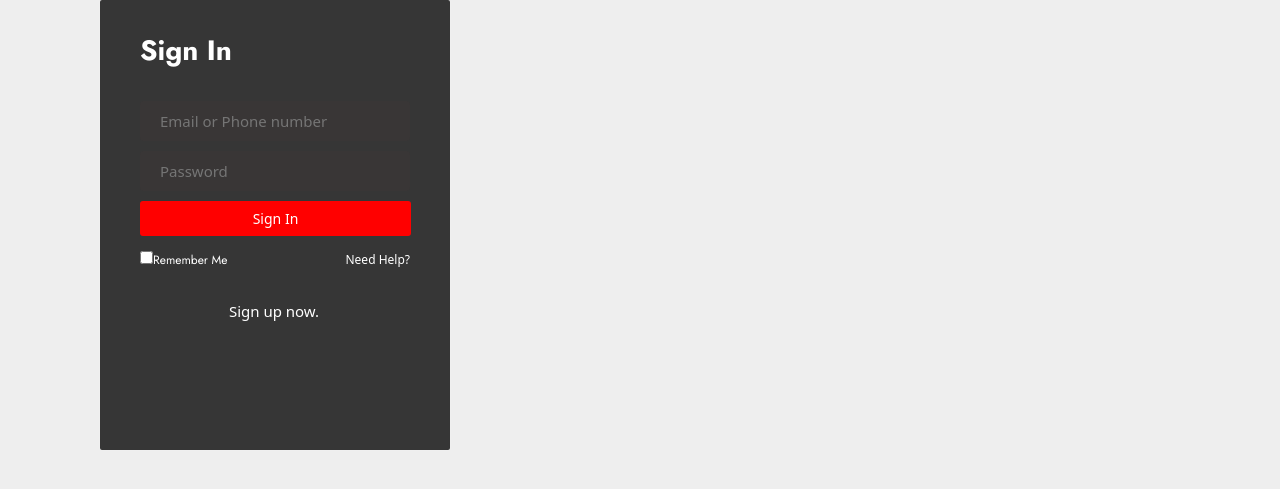
Repository: isaacCodes1/Kumo-Website.
Page: Form2.html
These files come from the project's save history. The page is drawn as it stood at one moment and after the next save; the edit follows.
The browser window is 1280 px wide. The pictures show the whole page.

Above is the page before, as saved 2024-03-26 11:47:01.

### Form2.html
<!DOCTYPE html>
<html lang="en">
  <head>
    <meta charset="UTF-8" />
    <meta name="viewport" content="width=device-width, initial-scale=1.0" />
    <link rel="stylesheet" href="Mediaquery.css" />
    <link rel="stylesheet" href="style.css" />
    <link
      href="https://fonts.googleapis.com/css2?family=Bricolage+Grotesque:opsz,wght@12..96,200..800&family=Jost:ital,wght@0,100..900;1,100..900&family=Montserrat:ital,wght@0,100..900;1,100..900&family=Poppins:ital,wght@0,100;0,200;0,300;0,400;0,500;0,600;0,700;0,800;0,900;1,100;1,200;1,300;1,400;1,500;1,600;1,700;1,800;1,900&display=swap"
      rel="stylesheet"
    />
    <title>Document</title>
  </head>
  <body>
    <div class="wrapper">
      <form></form>
      <h1>Sign In</h1>
      <div class="input-box">
        <input type="text" placeholder="Email or Phone number" required />
      </div>
      <div class="input-box">
        <input type="password" placeholder="Password" required />
      </div>
      <div class="btn"><button>Sign In</button></div>
      <div class="remember-forgot">
        <label><input class="chck" type="checkbox" />Remember Me</label>
        <a href="#">Need Help?</a>
      </div>
      <p class="pro1">Sign up now.</p>
    </div>
  </body>
</html>

### Mediaquery.css
@media (890px) {
  header {
    padding: 20px 3%;
    transition: 0.4s;
  }
  .center-text h2 {
    font-size: 12px;
  }
}
@media (max-width: 630px) {
  .main-text h1 {
    font-size: 50px;
    transition: 0.4s;
  }
  .main-text p {
    font-size: 18px;
    transition: 0.4s;
  }
  .main-btn {
    padding: 10px 20px;
    transition: 0.4s;
  }
  .center-text h2 {
    font-size: 12px;
  }
}
@media (max-width: 750px) {
  .navmenu {
    position: absolute;
    top: 100%;
    right: -100%;
    width: 300px;
    height: 130vh;
    background: #edfff1;
    display: flex;
    flex-direction: column;
    align-items: center;
    padding: 120px 30px;
    transition: all 0.42s;
  }
  .navmenu a {
    display: block;
    margin: 18px 0;
  }
  .navmenu.open {
    right: 0;
  }
  .center-text h2 {
    font-size: 12px;
  }
}
@media (max-width: 700px) {
  .center-text h2 {
    font-size: 0;
  }
  .header {
    margin-bottom: 20px;
    color: #000;
  }
  .cart {
    align-items: center;
    display: flex;
    flex-direction: column;
  }
  .cart img {
    width: 270px;
    margin-right: 80px;
  }
  .cart p {
    font-size: 10px;
    margin-right: 80px;
  }
  .cart h4 {
    font-size: 12px;
    margin-right: 80px;
  }
  .cart h6 {
    font-size: 10px;
    margin-right: 80px;
  }
  .contact-info {
    display: flex;
    flex-direction: column;
    align-items: center;
  }
  .center-text1 h2 {
    font-size: 25px;
  }
  .navmenu {
    padding-bottom: 30px;
  }
}

### style.css
* {
  margin: 0;
  padding: 0;
  box-sizing: border-box;
  scroll-behavior: smooth;
  font-family: "Jost", sans-serif;
  list-style-type: none;
  text-decoration: none;
}
header {
  position: fixed;
  width: 100%;
  top: 0;
  right: 0;
  z-index: 1000;
  display: flex;
  align-items: center;
  justify-content: space-between;
  padding: 20px 10%;
}
.logo img {
  max-width: 120px;
  height: auto;
}
.navmenu {
  display: flex;
}
.navmenu li :hover {
  background: #000;
}
.navmenu a {
  color: #2c2c2c;
  font-size: 16px;
  text-transform: capitalize;
  padding: 10px 20px;
  font-weight: 400;
  transition: all 0.42s ease;
}
.navmenu a:hover {
  color: #ee1c47;
}
.nav-icon {
  display: flex;
  align-items: center;
}
.nav-icon i {
  margin-right: 20px;
  color: #2c2c2c;
  font-size: 25px;
  font-weight: 400;
  transition: all 0.42s ease;
}
.nav-icon i:hover {
  transform: scale(1.05);
  color: #ee1c47;
}
#menu-icon {
  font-size: 35px;
  color: #2c2c2c;
  z-index: 10001;
  cursor: pointer;
}
section {
  padding: 5% 10%;
}
.main-home {
  width: 100%;
  height: 100vh;
  background-image: url(Assets/banner-3.png);
  background-position: center;
  background-size: cover;
  display: grid;
  grid-template-columns: repeat(1, 1fr);
  align-items: center;
}
.main-text h5 {
  color: #ee1c47;
  font-size: 16px;

  text-transform: capitalize;
  font-weight: 500;
}
.main-text h1 {
  color: #000;
  font-size: 65px;
  text-transform: capitalize;
  line-height: 1.1;
  font-weight: 600;
  margin: 6px 0 10px;
}
.main-text p {
  color: #333c56;
  font-size: 20px;
  font-style: italic;
  margin-bottom: 20px;
}
.main-btn {
  display: inline-block;
  color: #111;
  font-size: 16px;
  font-weight: 500;
  text-transform: capitalize;
  border: 2px solid#111;
  padding: 12px 25px;
  transition: all 0.42s ease;
}
.main-btn:hover {
  background: #000;
  color: #fff;
}
.main-btn i {
  vertical-align: middle;
}
.down-arrow {
  position: absolute;
  top: 85%;
  right: 11%;
}
.down i {
  font-size: 30px;
  color: #2c2c2c;
  border: 2px solid #2c2c2c;
  border-radius: 50px;
  padding: 12px 12px;
}
.down i:hover {
  background: #2c2c2c;
  color: #fff;
  transition: all 0.42s ease;
}
header.sticky {
  background: #fff;
  padding: 20px 10%;
  box-shadow: 0px 0px 10px rgb(0 0 0 /10%);
}
/* trending-section-css */
.center-text h2 {
  color: #111;
  font-size: 28px;
  text-transform: capitalize;
  text-align: center;
  margin-bottom: 30px;
}
.center-text span {
  color: #ee1c47;
}
.products {
  display: grid;
  grid-template-columns: repeat(auto-fit, minmax(260px, auto));
  gap: 2rem;
}
.row {
  position: relative;
  transition: all 0.4s;
}
.row img {
  width: 100%;
  height: auto;
  transition: all 0.4s;
}
.row img:hover {
  transform: scale(0.9);
}
.product-text h5 {
  position: absolute;
  top: 13px;
  left: 13px;
  color: #fff;
  font-size: 12px;
  font-weight: 500;
  text-transform: capitalize;
  background: #27b737;
  padding: 3px 10px;
  border-radius: 2px;
}
.heart-icon {
  position: absolute;
  right: 0;
  font-size: 20px;
}
.heart-icon:hover {
  color: #ee1c47;
}
.ratting {
  color: #ff8c00;
  font-size: 18px;
}

.price h4 {
  color: #111;
  font-size: 16px;
  text-transform: capitalize;
  font-weight: 400;
}
.price p {
  color: #151515;
  font-size: 14px;
  font-weight: 600;
}
.client-reviews {
  background: #f3f4f6;
}
.reviews {
  text-align: center;
}
.reviews h3 {
  color: #111;
  font-size: 25px;
  text-transform: capitalize;
  text-align: center;
  font-weight: 700;
}
.reviews img {
  width: 100px;
  height: auto;
  border-radius: 80px;
  margin: 10px 0;
}
.reviews p {
  color: #707070;
  font-size: 16px;
  font-weight: 400;
  line-height: 25px;
  margin-bottom: 10px;
}
.reviews h2 {
  font-size: 22px;
  color: #000;
  font-weight: 400;
  text-transform: capitalize;
  margin-bottom: 2px;
}
/* update-section-css */
.up-center-text h2 {
  text-align: center;
  color: #111;
  font-size: 25px;
  text-transform: capitalize;
  font-weight: 700;
  margin-bottom: 30px;
}
.cart img {
  width: 350px;
  height: auto;
  border-radius: 5px;
}
.update-cart {
  display: grid;
  grid-template-columns: repeat(auto-fit, minmax(380px, auto));
  gap: 1px;
}
.cart h5 {
  color: #636872;
  font-size: 14px;
  text-transform: capitalize;
  font-weight: 500;
}
.cart h4 {
  color: #111;
  font-size: 18px;
  font-weight: 600;
}
.cart p {
  color: #707070;
  font-size: 15px;
  max-width: 380px;
  line-height: 25px;
  margin-bottom: 12px;
}
.cart h6 {
  color: #151515;
  font-size: 14px;
  font-weight: 500;
}
/* contact-section */
.contact {
  background: #dbdbdb;
}
.contact-info {
  display: grid;
  grid-template-columns: repeat(auto-fit, minmax(160px, auto));
  gap: 3rem;
}
.first-info img {
  width: 140px;
  height: auto;
}
.contact-info h4 {
  color: #212529;
  font-size: 14px;
  text-transform: uppercase;
  margin-bottom: 10px;
}
.contact-info p {
  color: #565656;
  font-size: 14px;
  font-weight: 400;
  text-transform: capitalize;
  line-height: 1.5;
  margin-bottom: 10px;
  cursor: pointer;
  transition: all 0.42s;
}
.contact-info p:hover {
  color: #ee1c47;
}
.social-icon i {
  color: #565656;
  margin-right: 10px;
  font-size: 20px;
  transition: all 0.42s;
}
.social-icon i:hover {
  transform: scale(1.3);
}
.end-text {
  text-align: center;
  background: #edfff1;
  padding: 20px;
}
.end-text p {
  color: #111;
  text-transform: capitalize;
}

.location {
  width: 80%;
  margin: auto;
  padding: 80px 0;
}
.location iframe {
  width: 100%;
}
.center-text1 h2 {
  font-size: 30px;
}
.center-text1 span {
  color: #ee1c47;
}
.button3 {
  padding: 9px;
  border: 1px solid blue;
  font-size: 18px;
  border-radius: 5px;
  text-decoration: none;
  background: blue;
  color: #fff;
  transition: all 0.42s ease;
}
.button3:hover {
  color: #000;
  background: #fff;
}
.final {
  margin-left: 67px;
  font-weight: 700;
}
.final span {
  color: #ee1c47;
}
.up-arrow {
  border: 2px solid#000;
  width: 60px;
  border-radius: 50px;
  text-align: center;
  font-size: 30px;
}
.up-arrow i {
  color: #000;
}
.up-arrow :hover {
  background: #000;
  color: #fff;
}

.alert {
  background: blue;
  color: #fff;
  margin-top: 200px;
  font-size: 20px;
  margin-bottom: 150px;
}
.first-info a {
  text-decoration: none;
}
.up-center-text span {
  color: #ee1c47;
}
html,
body {
  position: relative;
  height: 100%;
}
body {
  background: #eee;
  font-family: Helvetica Neue, Helvetica, Arial, sans-serif;
  font-size: 14px;
  color: #000;
  margin: 0;
  padding: 0;
}

swiper-container {
  width: 100%;
  height: 100%;
}

swiper-slide {
  text-align: center;
  font-size: 18px;
  background: #000;
  display: flex;
  justify-content: center;
  align-items: center;
}

swiper-slide img {
  display: block;
  width: 100%;
  height: 100%;
  object-fit: cover;
}
.reviews {
  font-size: 25px;
  font-weight: 900;
}
.reviews span {
  color: #ee1c47;
}
.accordion {
  margin-top: 40px;
  margin-bottom: 10px;
}
.male {
  padding-top: 200px;
}
.male span {
  color: #ee1c47;
}
.yes {
  margin-right: 10px;
  padding: 10px;
  background: #000;
  color: #fff;
  border: 1px;
  transition: 1s ease-in-out;
  border-radius: 7px;
  text-decoration: none;
}
.yes:hover {
  color: #000;
  background: #dbdbdb;
}
.formContainer {
  display: flex;
  width: 50%;
  border: 0px solid;
  border-radius: 10px;
  background-color: rgba(232, 231, 231, 0.644);
  height: 400px;
  padding-right: 200px;
}
.form {
  display: flex;
  flex-direction: column;
  align-items: center;
  flex: 0.5;
}
.contentText {
  display: flex;
  flex-direction: column;
  align-items: center;
  flex: 1;
  gap: 20px;
  background-color: #ee1c47;
  color: #000;
  border-radius: 130px 15px 15px 70px;
  font-family: montserrat;
  padding-left: 80px;
  padding-right: 150px;
  padding-top: 90px;
}
.pro1 {
  margin-right: 32px;
  font-family: montserrat;
}
p {
  font-family: montserrat;
  margin-bottom: 15px;
  margin-left: 30px;

  display: flex;
  flex-direction: column;
}
.proi {
  padding: 5px;
  background-color: #dedede;
  color: black;
  border: 1px;
  font-family: montserrat;
  margin-bottom: 8px;
  width: 290px;
  margin-left: 20px;
  outline: none;
}
.proh {
  padding: 5px;
  background-color: #dedede;
  color: black;
  border: 1px;
  font-family: montserrat;
  width: 290px;
  margin-left: 20px;
  margin-bottom: 10px;
  outline: none;
}
.pro7 {
  font-family: montserrat;
}
.pro2 {
  background: #000;
  border-width: 1.5px;
  border-radius: 8px;
  border-color: #000;
  color: #fff;
  padding: 5px 25px 5px 25px;
  transition: 1s ease-in-out;
  text-decoration: none;
}
.pro2:hover {
  transition: 0.15s;
  background-color: #dbdbdb;
  color: #000;
  cursor: pointer;
}

.pro3 {
  font-family: montserrat;
  padding-top: 35px;
}
.forget {
  text-decoration: none;
  color: black;
  font-family: montserrat;
  margin-bottom: 5px;
}
.sign {
  background-color: #ee1c47;
  border-width: 1px;
  border-radius: 5px;
  border-color: white;
  color: white;
  padding: 5px 35px 5px 35px;
  margin-top: 15px;
  transition: 1s ease-in-out;
  cursor: pointer;
}
.sign:hover {
  color: #fff;
  background-color: #000;
}
.contentText .hello {
  font-size: 40px;
  display: flex;
  align-items: center;
  justify-content: center;
  flex-direction: column;
}
.contentText p {
  text-align: center;
}
.wrapper {
  width: 350px;
  background: #080808cb;
  color: #fff;
  border-radius: 2px;
  padding: 30px 40px;
  height: 450px;
  box-shadow: 0 0 1px;
  margin-left: 100px;
}

.wrapper .input-box {
  position: relative;
  width: 100%;
  height: 20px;
  margin: 30px 0;
}
.wrapper h1 {
  font-size: 28px;
}
.input-box input {
  width: 100%;
  height: 100%;
  background: #3c363685;
  border: none;
  outline: none;
  border: 1px;
  border-radius: 4px;
  font-size: 16px;
  padding: 20px 45px 20px 20px;
}
.wrapper .remember-forgot {
  display: flex;
  justify-content: space-between;
  font-size: 14.5px;
  margin: 15px 0 15px;
  font-family: system-ui, -apple-system, BlinkMacSystemFont, "Segoe UI", Roboto,
    Oxygen, Ubuntu, Cantarell, "Open Sans", "Helvetica Neue", sans-serif;
  font-size: 12px;
}
.wrapper .remember-forgot a {
  text-decoration: none;
  font-family: system-ui, -apple-system, BlinkMacSystemFont, "Segoe UI", Roboto,
    Oxygen, Ubuntu, Cantarell, "Open Sans", "Helvetica Neue", sans-serif;
  font-size: 12px;
  padding-bottom: 18px;
  color: #fff;
}
::placeholder {
  font-size: 15px;
  font-family: system-ui, -apple-system, BlinkMacSystemFont, "Segoe UI", Roboto,
    Oxygen, Ubuntu, Cantarell, "Open Sans", "Helvetica Neue", sans-serif;
}
button {
  padding: 8px;
  width: 271px;
  background-color: red;
  font-family: system-ui, -apple-system, BlinkMacSystemFont, "Segoe UI", Roboto,
    Oxygen, Ubuntu, Cantarell, "Open Sans", "Helvetica Neue", sans-serif;
  border: 1px;
  color: #fff;
  border-radius: 3px;
  font-size: 14px;
  cursor: pointer;
}
button:hover {
  color: black;
  background-color: #fff;
  transition: 1s ease-in-out;
}
.pro1 {
  font-family: system-ui, -apple-system, BlinkMacSystemFont, "Segoe UI", Roboto,
    Oxygen, Ubuntu, Cantarell, "Open Sans", "Helvetica Neue", sans-serif;
  font-size: 15px;
  text-align: center;
  padding-bottom: 22px;
}
.pro2 {
  font-family: system-ui, -apple-system, BlinkMacSystemFont, "Segoe UI", Roboto,
    Oxygen, Ubuntu, Cantarell, "Open Sans", "Helvetica Neue", sans-serif;
  padding-bottom: 40px;
}
.pro3 {
  margin-left: 150px;
  font-family: cursive;
  font-size: 10px;
  color: red;
}

After the next save:
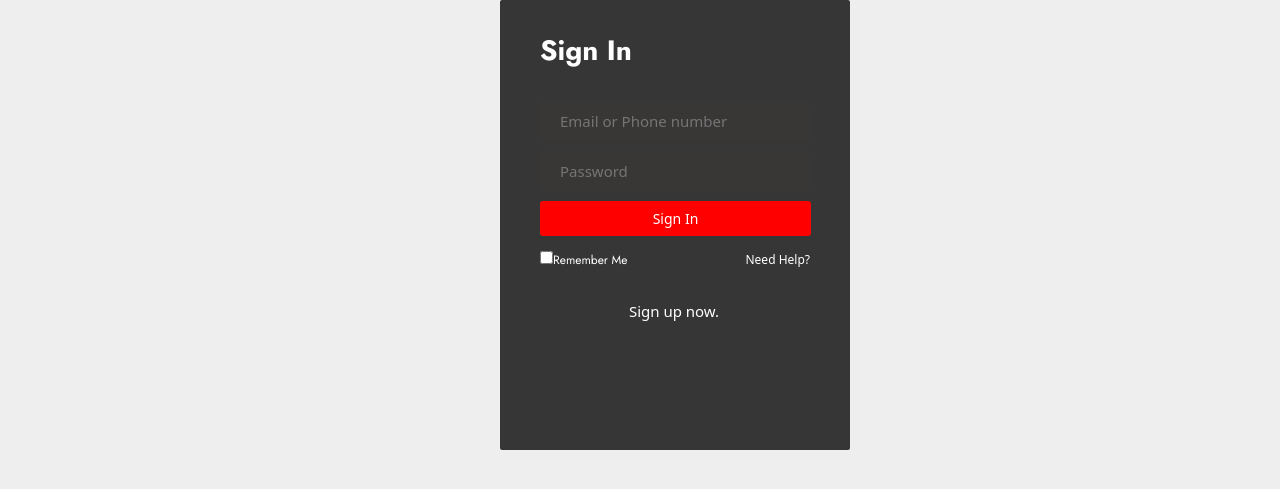
Saved 6 s later.
--- a/style.css
+++ b/style.css
@@ -577,7 +577,7 @@ p {
   padding: 30px 40px;
   height: 450px;
   box-shadow: 0 0 1px;
-  margin-left: 100px;
+  margin-left: 500px;
 }
 
 .wrapper .input-box {
